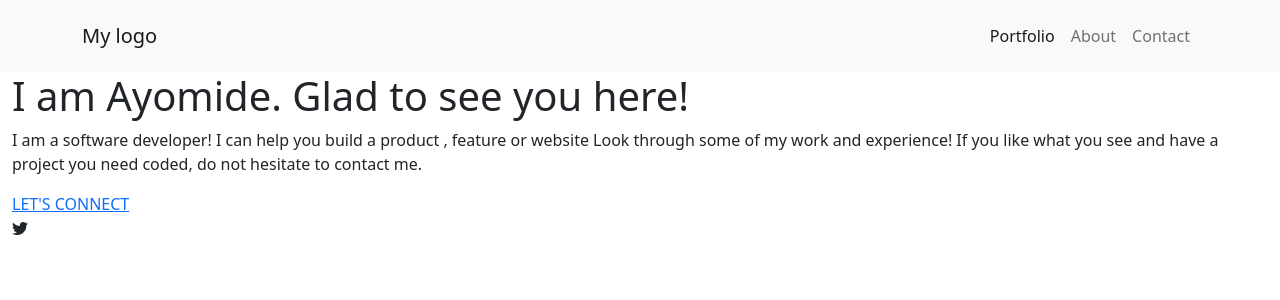
Repository: Paulinelali/try-bootstrap
Page: index.html
The author's editor kept a copy of each file at every save. The page is drawn from the files as they stood at one save, then again after the next save.
The browser window is 1280 px wide. The pictures show the whole page.
Some web libraries are served in a nearby version.

Above is the page before, as saved 2023-04-13 09:09:49.

### index.html
<!doctype html>
<html lang="en">
  <head>
    <!-- Required meta tags -->
    <meta charset="utf-8">
    <meta name="viewport" content="width=device-width, initial-scale=1">

    <!-- Option 1: Include in HTML -->
  <link rel="stylesheet" href="https://cdn.jsdelivr.net/npm/bootstrap-icons@1.3.0/font/bootstrap-icons.css">

    <!-- Bootstrap CSS -->
    <link href="https://cdn.jsdelivr.net/npm/bootstrap@5.0.2/dist/css/bootstrap.min.css" rel="stylesheet" integrity="sha384-EVSTQN3/azprG1Anm3QDgpJLIm9Nao0Yz1ztcQTwFspd3yD65VohhpuuCOmLASjC" crossorigin="anonymous">

    <title>Hello, world!</title>
  </head>
  <body>
    <header>
      <nav class="navbar navbar-expand-lg navbar-light bg-light py-3">
        <div class="container d-flex justify-content-between">
          <a class="navbar-brand" href="#">My logo</a>
          <div class="links">
            <button class="navbar-toggler" type="button" data-bs-toggle="collapse" data-bs-target="#navbarNav" aria-controls="navbarNav" aria-expanded="false" aria-label="Toggle navigation">
              <span class="navbar-toggler-icon"></span>
            </button>
            <div class="collapse navbar-collapse" id="navbarNav">
              <ul class="navbar-nav">
                <li class="nav-item">
                  <a class="nav-link active" aria-current="page" href="#">Portfolio</a>
                </li>
                <li class="nav-item">
                  <a class="nav-link" href="#">About</a>
                </li>
                <li class="nav-item">
                  <a class="nav-link" href="#">Contact</a>
                </li>
              </ul>
            </div>
          </div>
        </div>
      </nav>

      <section class="hero-section container-fluid">
        <h1>
          I am Ayomide. Glad to see you here!
        </h1>
        <p>
          I am a software developer! I can help you build a product , feature or website Look through some of my work and
          experience! If you like what you see and have a project you need coded, do not hesitate to contact me.
        </p>
        <a href="£">LET'S CONNECT</a>
        <div class="social-icons">
          <i class="bi bi-twitter"></i>
        </div>
      </section>
    </header>



    <!-- Optional JavaScript; choose one of the two! -->

    <!-- Option 1: Bootstrap Bundle with Popper -->
    <script src="https://cdn.jsdelivr.net/npm/bootstrap@5.0.2/dist/js/bootstrap.bundle.min.js" integrity="sha384-MrcW6ZMFYlzcLA8Nl+NtUVF0sA7MsXsP1UyJoMp4YLEuNSfAP+JcXn/tWtIaxVXM" crossorigin="anonymous"></script>

    <!-- Option 2: Separate Popper and Bootstrap JS -->
    <!--
    <script src="https://cdn.jsdelivr.net/npm/@popperjs/core@2.9.2/dist/umd/popper.min.js" integrity="sha384-IQsoLXl5PILFhosVNubq5LC7Qb9DXgDA9i+tQ8Zj3iwWAwPtgFTxbJ8NT4GN1R8p" crossorigin="anonymous"></script>
    <script src="https://cdn.jsdelivr.net/npm/bootstrap@5.0.2/dist/js/bootstrap.min.js" integrity="sha384-cVKIPhGWiC2Al4u+LWgxfKTRIcfu0JTxR+EQDz/bgldoEyl4H0zUF0QKbrJ0EcQF" crossorigin="anonymous"></script>
    -->
  </body>
</html>

After the next save:
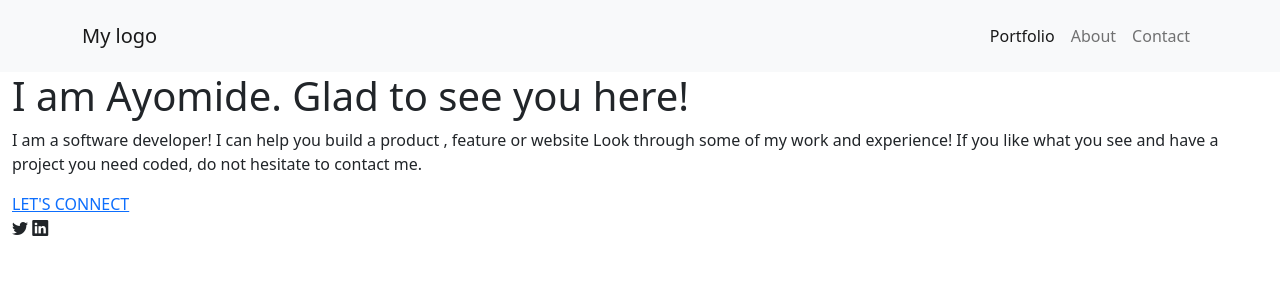
Saved 82 s later.
--- a/index.html
+++ b/index.html
@@ -50,6 +50,7 @@
         <a href="£">LET'S CONNECT</a>
         <div class="social-icons">
           <i class="bi bi-twitter"></i>
+          <i class="bi bi-linkedin"></i>
         </div>
       </section>
     </header>
